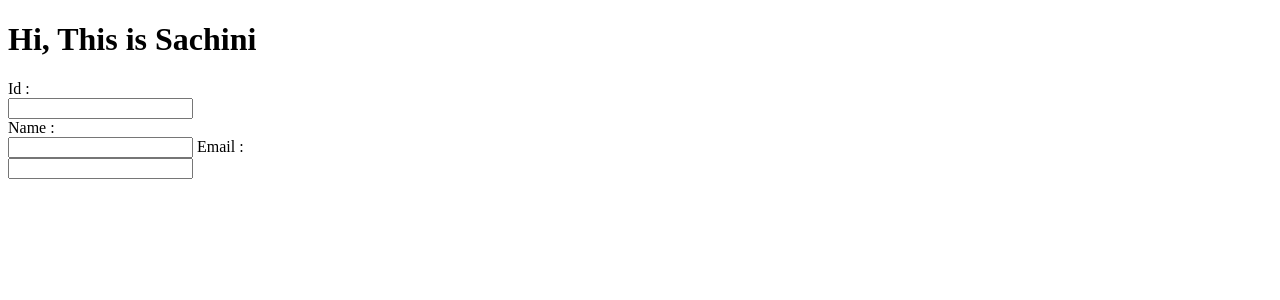
Repository: sach7691/eclipse-projects
Page: http://localhost/home-work-project/home.jsp
The author's editor kept a copy of each file at every save. The page is drawn from the files as they stood at one save, then again after the next save.
The browser window is 1280 px wide. The pictures show the whole page.
The page is served by Tomcat 9. Other server files are loaded and not shown.

Above is the page before, as saved 2022-08-10 22:24:36.

### home-work-project/src/main/webapp/home.jsp
<%@ page language="java" contentType="text/html; charset=ISO-8859-1"
    pageEncoding="ISO-8859-1"%>
<!DOCTYPE html>
<html>
<head>
<meta charset="ISO-8859-1">
<title>Insert title here</title>
</head>
<body>
<h1>Hi, This is Sachini</h1>
<form action="http://localhost:8080/home-work-project/HomeController" method="POST">

  <label for="Id">Id :</label><br>
  <input type="text" id="Id" name="Id"><br>
  <label for="name">Name :</label><br>
  <input type="text" id="name" name="name">
  <label for="email">Email :</label><br>
  <input type="text" id="email" name="email">


</form>

</body>
</html>

After the next save:
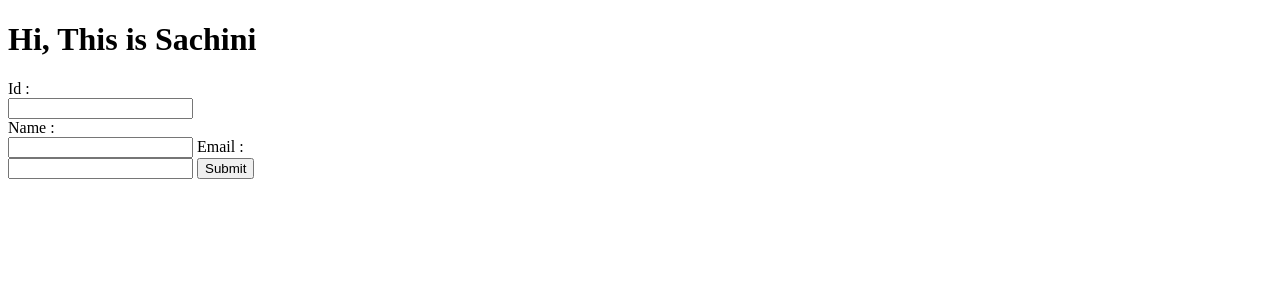
Saved 26 s later.
--- a/home-work-project/src/main/webapp/home.jsp
+++ b/home-work-project/src/main/webapp/home.jsp
@@ -16,6 +16,7 @@
   <input type="text" id="name" name="name">
   <label for="email">Email :</label><br>
   <input type="text" id="email" name="email">
+  <input type="submit" value="Submit">
 
 
 </form>
